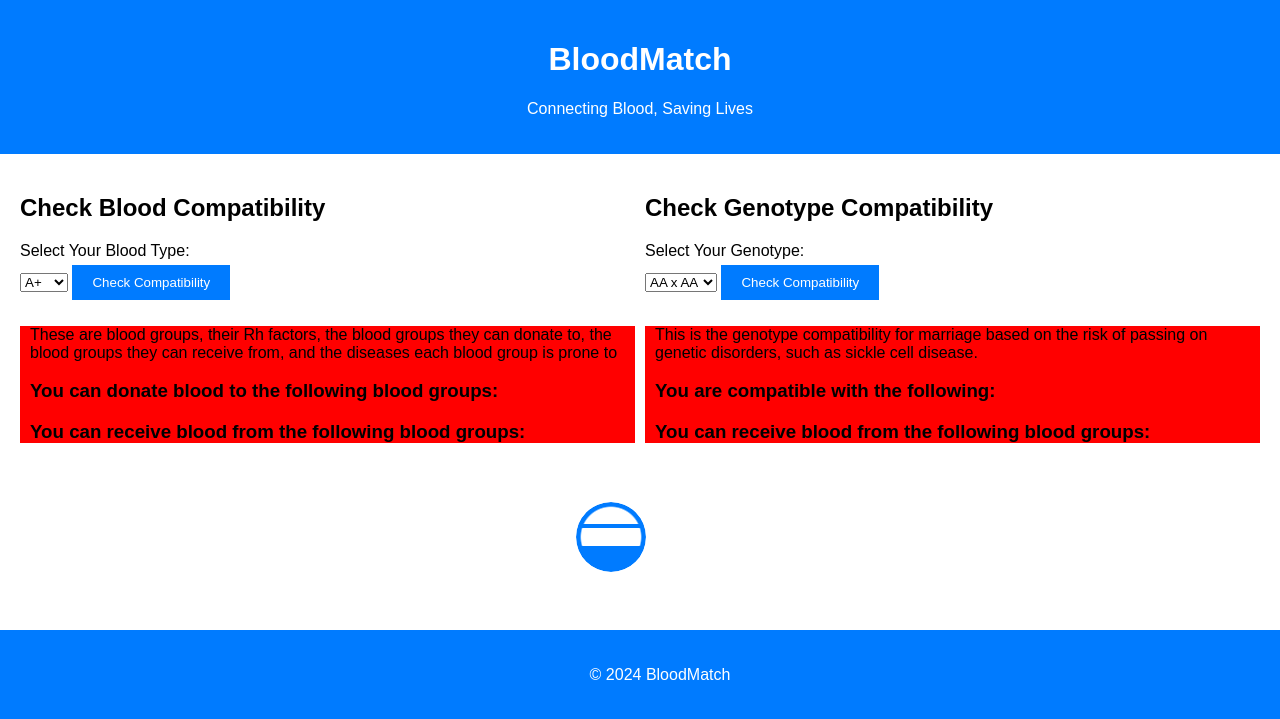
Repository: JuliusMonday/BloodMatch
Page: index.html
The author's editor kept a copy of each file at every save. The page is drawn from the files as they stood at one save, then again after the next save.
The browser window is 1280 px wide. The pictures show the whole page.

Above is the page before, as saved 2024-05-02 18:23:32.

After the next save:
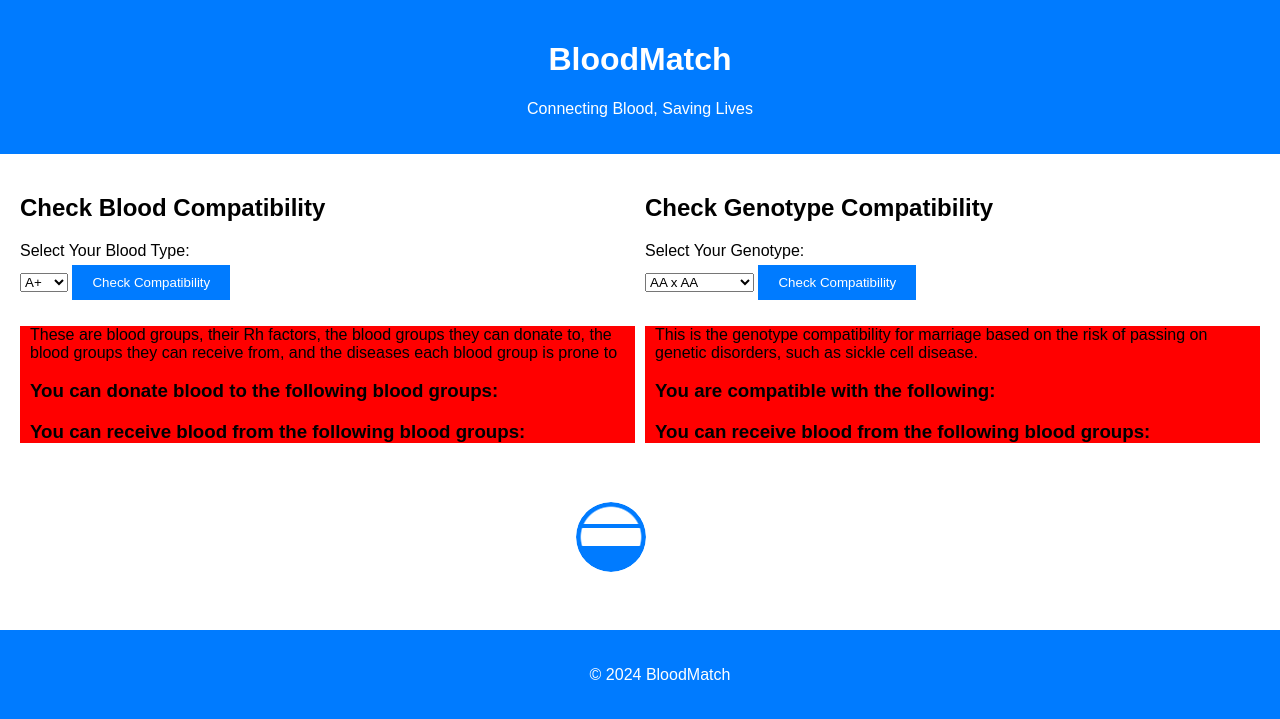
Saved 14 s later.
--- a/index.html
+++ b/index.html
@@ -46,7 +46,7 @@
         <option value="AA x AS">AA x AS</option>
         <option value="AS x AS">AS x AS</option>
         <option value="SS x SS">AS x AS</option>
-        <option value="AS x AS">AS x AS</option>
+        <option value="AS x AS">AS x SC (rare)</option>
         <option value="AS x AS">AS x AS</option>
       </select>
       <button onclick="checkGenotypeCompatibility()">Check Compatibility</button>
